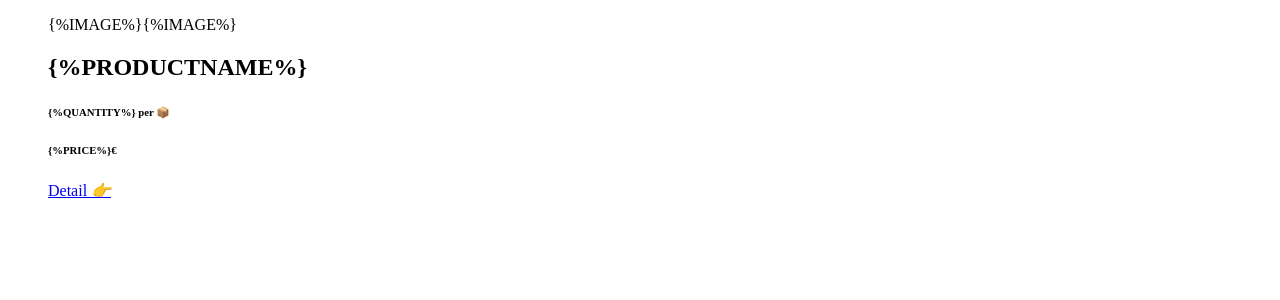
Repository: Lovenson2000/node-learning
Page: section1/templates/template-card.html
These files come from the project's save history. The page is drawn as it stood at one moment and after the next save; the edit follows.
The browser window is 1280 px wide. The pictures show the whole page.

Above is the page before, as saved 2024-01-14 14:40:42.

After the next save:
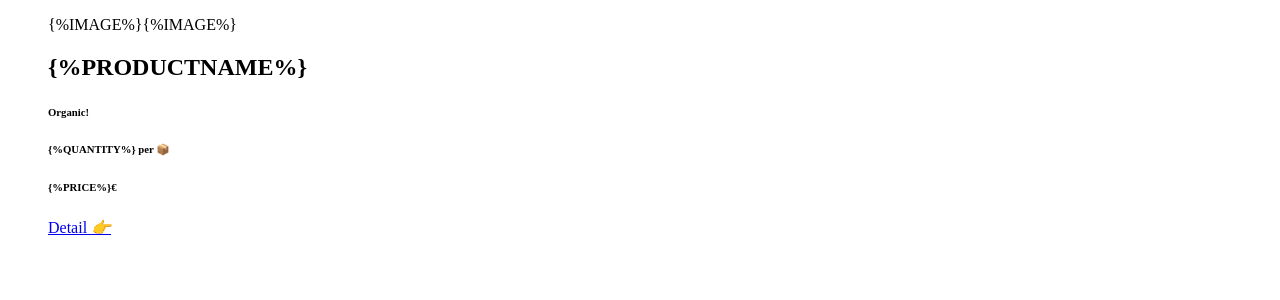
Saved 7 s later.
--- a/section1/templates/template-card.html
+++ b/section1/templates/template-card.html
@@ -7,7 +7,7 @@
 
     <div class="card__details">
       <div class="card__detail-box {%NOT_ORGANIC%}">
-        <h6 class="card__detail"> </h6>
+        <h6 class="card__detail">Organic!</h6>
       </div>
 
       <div class="card__detail-box">
